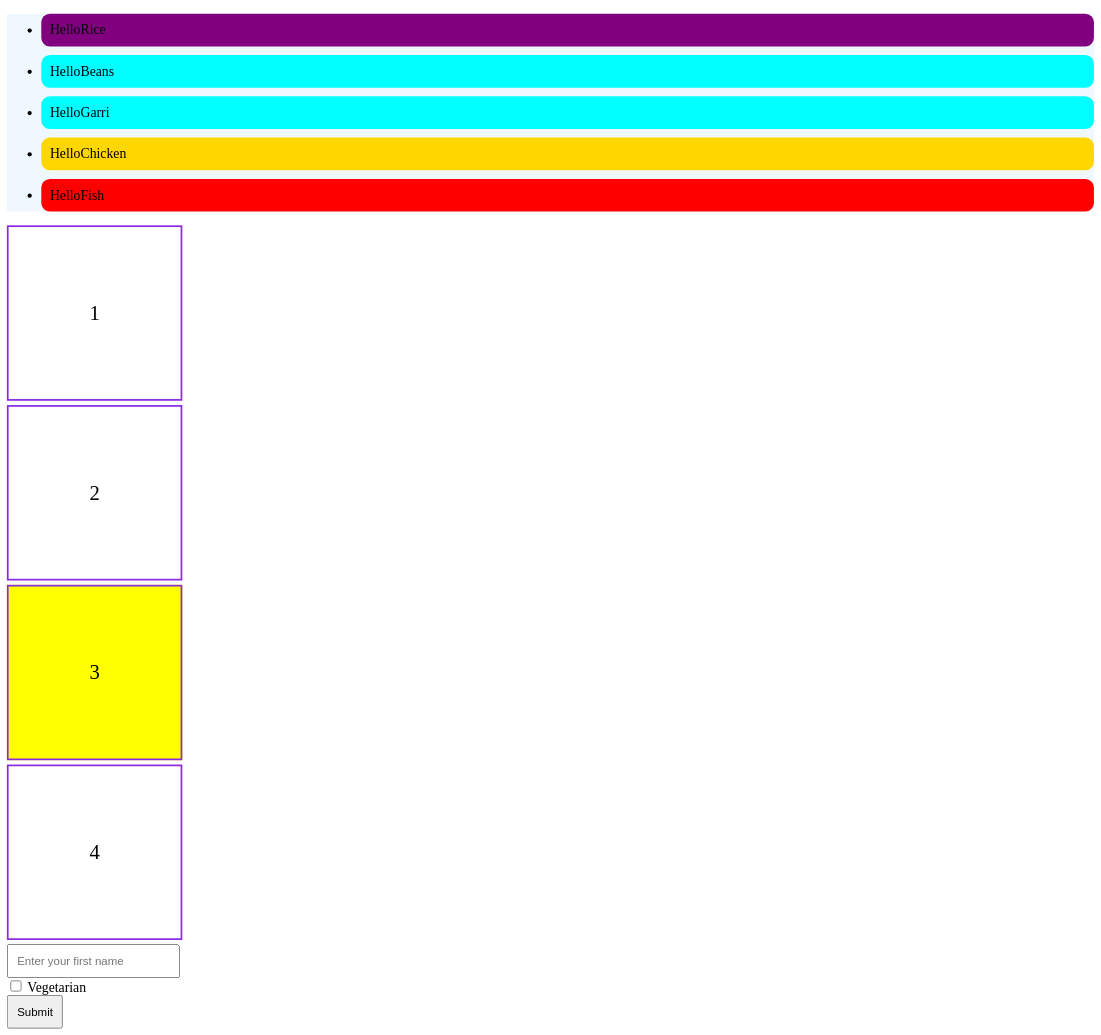
Repository: latenightsnacc/HTML-LESSONS
Page: WEB-DESIGN-2/lessons/pseudoClasses.html
An editor plug-in stored every save of this project. The page is shown before and after the next save, followed by the edit.
The browser window is 1280 px wide. The pictures show the whole page, at 86% of full size.

Above is the page before, as saved 2021-09-28 12:34:16.

### WEB-DESIGN-2/lessons/pseudoClasses.html
<!DOCTYPE html>
<html lang="en">
<head>
    <meta charset="UTF-8">
    <meta http-equiv="X-UA-Compatible" content="IE=edge">
    <meta name="viewport" content="width=device-width, initial-scale=1.0">
    <title>Pseudo Classes</title>
    <style>
        .list {
            background-color: aliceblue;
        }
        li {
            padding: 10px;
            background-color: aqua;
            margin: 10px 0px;
            border-radius: 10px;
        }
      .list li:first-child {
          background-color: blue;
      }
      .list li:last-child {
          background-color: red;
      }
      .list li:nth-child(4) {
          background-color: gold;
      }
      .list li:nth-last-child(5) {
          background-color: purple;
      }
      .list li::before {
          content: 'Hello';

      }
        .input {
            padding: 10px;
            outline: none;
            display: block;
        }
        .input:focus {
            border: 2px solid salmon;
        }
        .input:focus-within {
            border: 2px solid salmon !important;
        }
        .checked:checked{
            background-color: blue !important;
        }
        .box {
            width: 200px;
            height: 200px;
            border: 2px solid blueviolet;
            margin-bottom: 5px;
            display: flex;
            justify-content: center;
            align-items: center;
            font-size: x-large;
        }
        .box:nth-of-type(3) {
            background-color: yellow;
        }

    </style>
</head>
<body>
    <ul class="list">
        <li>Rice</li>
        <li>Beans</li>
        <li>Garri</li>
        <li>Chicken</li>
        <li>Fish</li>
    </ul>
    <div class="grid">
        <div class="box">1</div>
        <div class="box">2</div>
        <div class="box">3</div>
        <div class="box">4</div>
    </div>
    <form name="contact" id="contact" class="form" method="" action="form.php">
        <input class="input" type="text" name="fname" id="fname" placeholder="Enter your first name" />
        <input class="checked" type="checkbox" name="vegetarian" value="Vegetarian" />
        <label for="vegetarian">Vegetarian</label>
        <input class="input" type="button" value="Submit"/>
    </form>
</body>
</html>

After the next save:
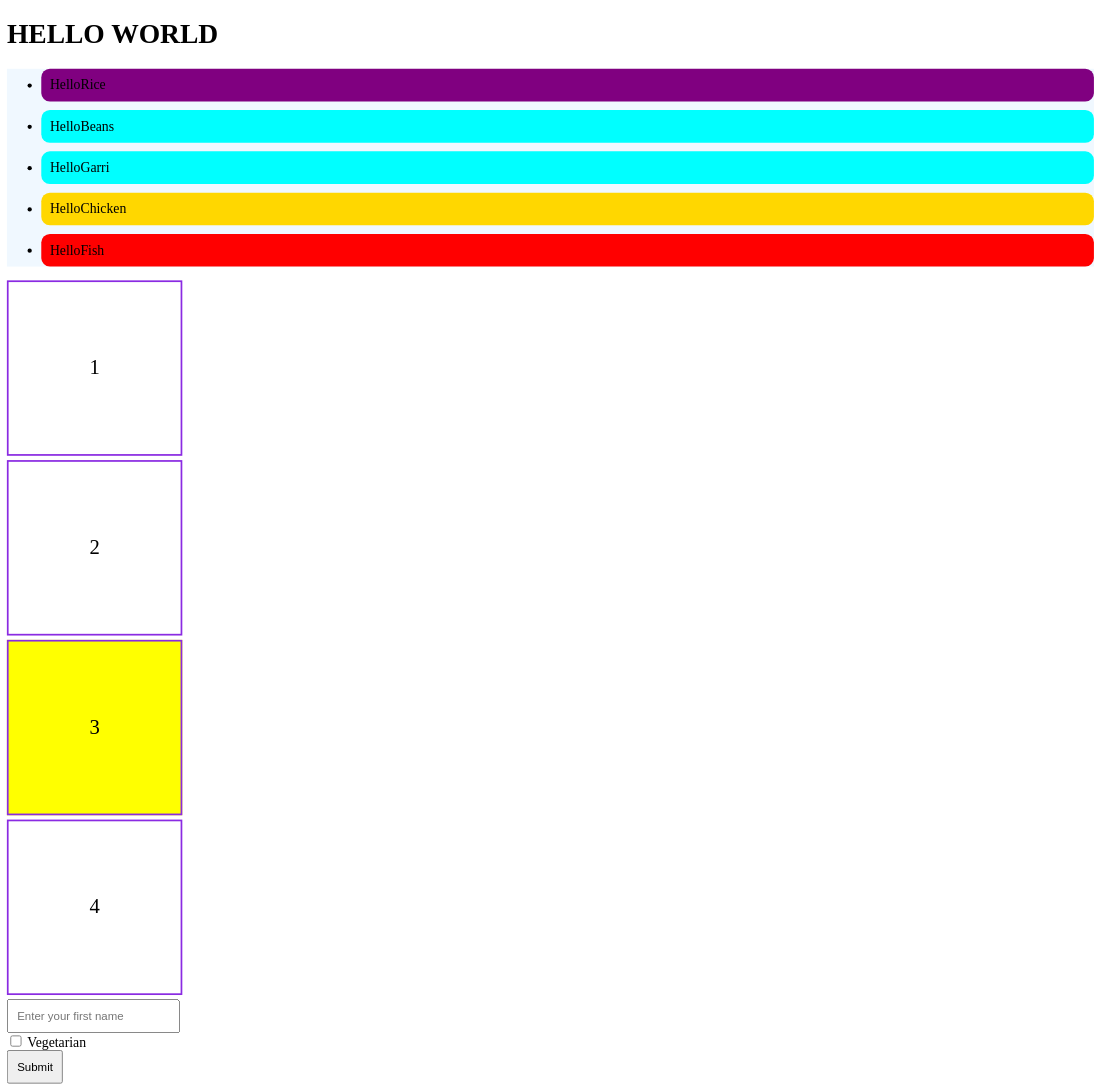
Saved 29 s later.
--- a/WEB-DESIGN-2/lessons/pseudoClasses.html
+++ b/WEB-DESIGN-2/lessons/pseudoClasses.html
@@ -62,6 +62,7 @@
     </style>
 </head>
 <body>
+    <h1>HELLO WORLD</h1>
     <ul class="list">
         <li>Rice</li>
         <li>Beans</li>
